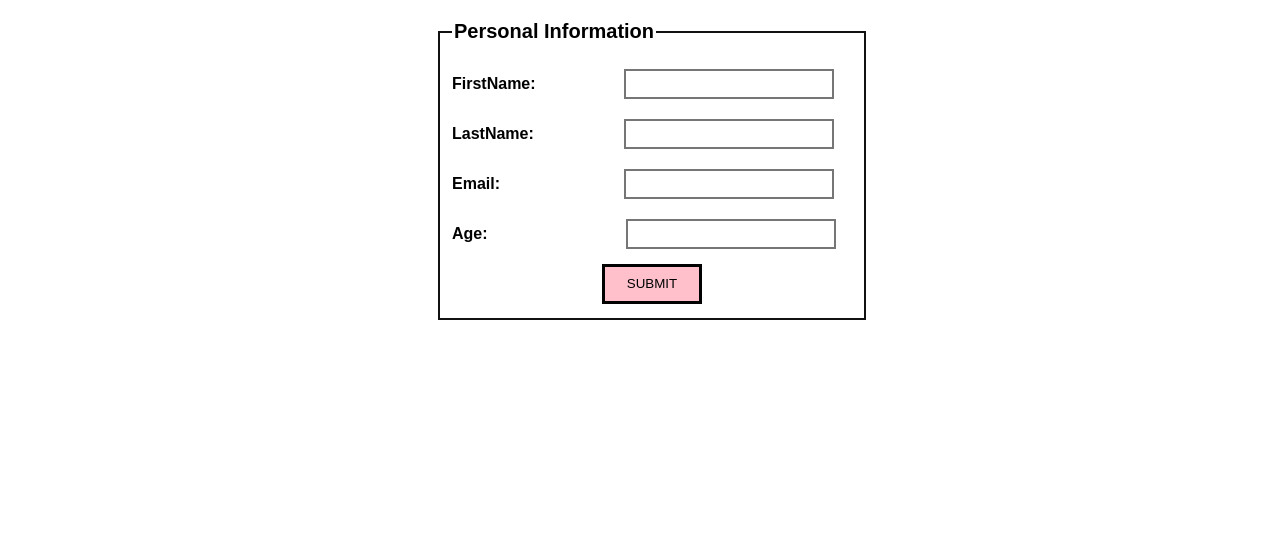
Repository: Femi007-gh/Legend
Page: index.html
An editor plug-in stored every save of this project. The page is shown before and after the next save, followed by the edit.
The browser window is 1280 px wide. The pictures show the whole page.

Above is the page before, as saved 2025-04-05 08:05:50.

After the next save:
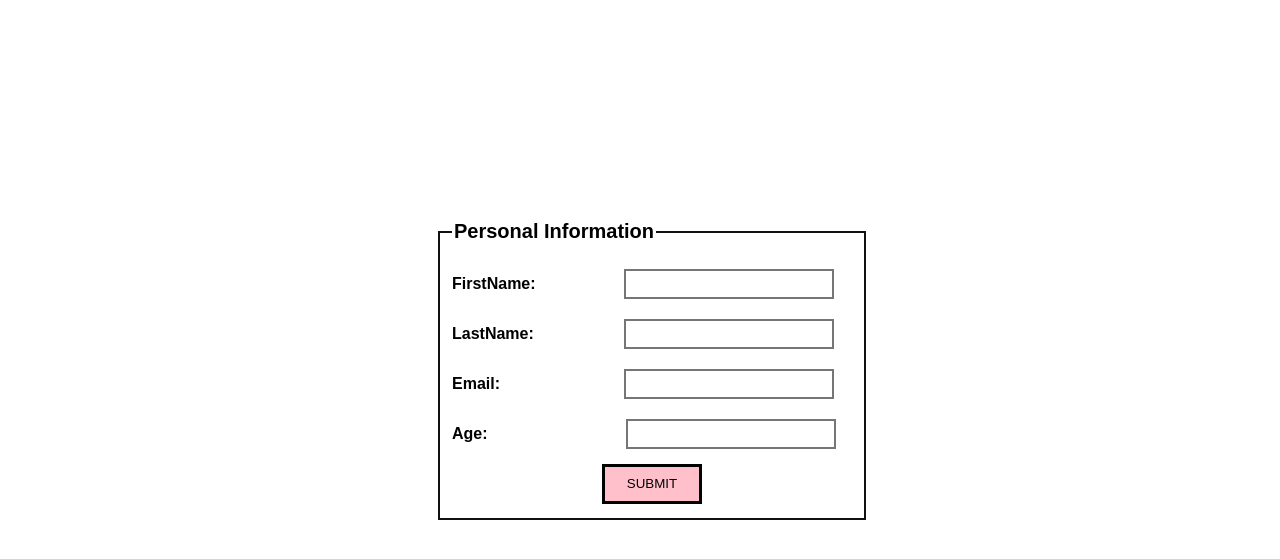
Saved 4 s later.
--- a/style.css
+++ b/style.css
@@ -12,7 +12,7 @@ body {
   width: 400px;
   height: 280px;
   margin-left: 430px;
-  margin-top: 20px;
+  margin-top: 220px;
 }
 
 .FN {
